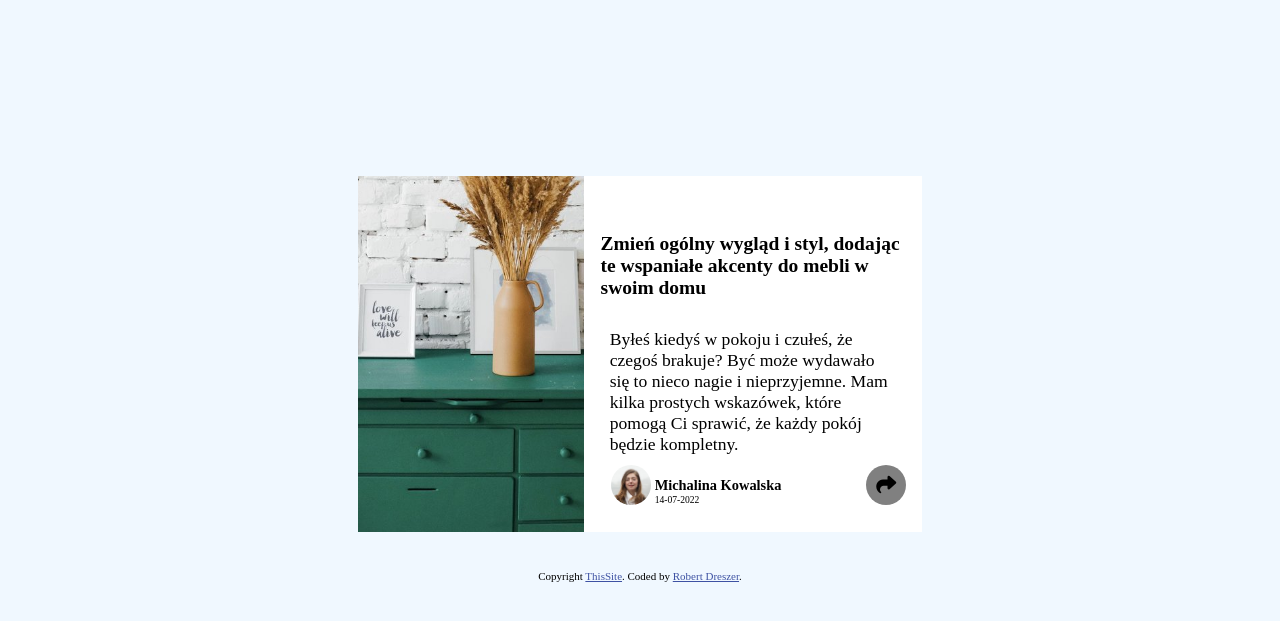
Repository: RobertDsr/komponent-podgl-du-produktu
Page: index.html
The author's editor kept a copy of each file at every save. The page is drawn from the files as they stood at one save, then again after a run of saves.
The browser window is 1280 px wide. The pictures show the whole page.
Some web libraries are served in a nearby version. The style sheet was rebuilt from its Sass, Less or Tailwind sources for each picture, by a compiler version that may differ from the author's.

Above is the page before, as saved 2022-07-14 14:17:42.

### index.html
<!DOCTYPE html>
<html lang="pl">

<head>
  <meta charset="UTF-8">
  <meta name="viewport" content="width=device-width, initial-scale=1.0">
  <!-- displays site properly based on user's device -->

  <link rel="icon" type="image/png" sizes="32x32" href="./images/favicon-32x32.png">

  <script src="https://kit.fontawesome.com/f1983936fd.js" crossorigin="anonymous"></script>

  <title>Article preview component</title>

  <link rel="stylesheet" href="./design/css/main.min.css">
</head>

<body>

  <div class="wrapper">
    <div class="columns">
      <div class="columnLeft"></div>
      <div class="columnRight">
        <section class="articleDescription">
          <h1 class="Title">Zmień ogólny wygląd i styl, dodając te wspaniałe akcenty do mebli w swoim domu</h1>
          <p>Byłeś kiedyś w pokoju i czułeś, że czegoś brakuje? Być może wydawało się to nieco nagie i nieprzyjemne. Mam
            kilka prostych wskazówek, które pomogą Ci sprawić, że każdy pokój będzie kompletny.</p>
          <div class="author">
            <img src="./images/avatar-michelle.jpg" alt="Michelle" class="imgAuthor">
            <div class="divAuthorName">
              <h2 class="authorName">Michalina Kowalska</h2>
              <time datetime="2022-07-14">14-07-2022</time>
            </div>
            <div class="socialMedia">
              <i class="fa-solid fa-share"></i>
              <div class="popup">
                <div class="mediaWrapper">
                  <h3>share</h3>
                  <img class="img1" src="./images/icon-facebook.svg" alt="ikona facebooka">
                  <img class="img2" src="./images/icon-twitter.svg" alt="ikona twittera">
                  <img class="img3" src="./images/icon-pinterest.svg" alt="ikona pinteresta">
                </div>
              </div>
            </div>
          </div>
        </section>
      </div>
    </div>
    <footer>
      <div class="attribution">
        Copyright <a href="https://robertdreszer.pl/" target="_blank">ThisSite</a>.
        Coded by <a href="https://robertdreszer.pl/">Robert Dreszer</a>.
      </div>
    </footer>
  </div>
</body>

</html>

### design/scss/main.scss
* {
    box-sizing: border-box;
    margin: 0;
    padding: 0;
}

body {
    font-size: 13px;
    --Very-Dark-Grayish-Blue: hsl(217, 19%, 35%);
    --Desaturated-Dark-Blue: hsl(214, 17%, 51%);
    --Grayish-Blue: hsl(212, 23%, 69%);
    --Light-Grayish-Blue: hsl(210, 46%, 95%);
}


.wrapper {
    align-items: center;
    background-color: aliceblue;
    display: flex;
    flex-direction: column;
    justify-content: center;
    min-height: 100vh;
    min-width: 100vw;
    max-width: 1440px;
    overflow: hidden;
}

.columns {
    display: flex;
    padding: 3%;
    // justify-content: space-around;
    width: 50%;
}

.columnLeft {
    background: url(../../images/drawers.jpg) center/cover;
    width: 40%;
}

.columnRight {
    background-color: #fff;
    padding: 10% 3% 3%;
    width: 60%;
}

.title {
    font-size: 1.45rem;
}

.articleDescription p {
    font-size: 1.1rem;
    padding: 10% 3% 0;
}

.author {
    display: grid;
    grid-template-columns: 14% 76% 10%;
    padding: 10px;
    align-items: flex-end;
}

.imgAuthor {
    width: 40px;
    height: 40px;
    border-radius: 50%;
}

.divAuthorName {
    font-size: 0.6rem;
    padding-left: 2%;
}

.socialMedia {
    display: flex;
    background-color: gray;
    border-radius: 50%;
    width: 40px;
    height: 40px;
    justify-content: center;
    align-items: center;
}

.fa-share {
    font-size: 20px;
    margin: 0 auto;
}

.popup {
    display: none;
}
.attribution { font-size: 11px; text-align: center; }
.attribution a { color: hsl(228, 45%, 44%); }

After the next 2 saves:
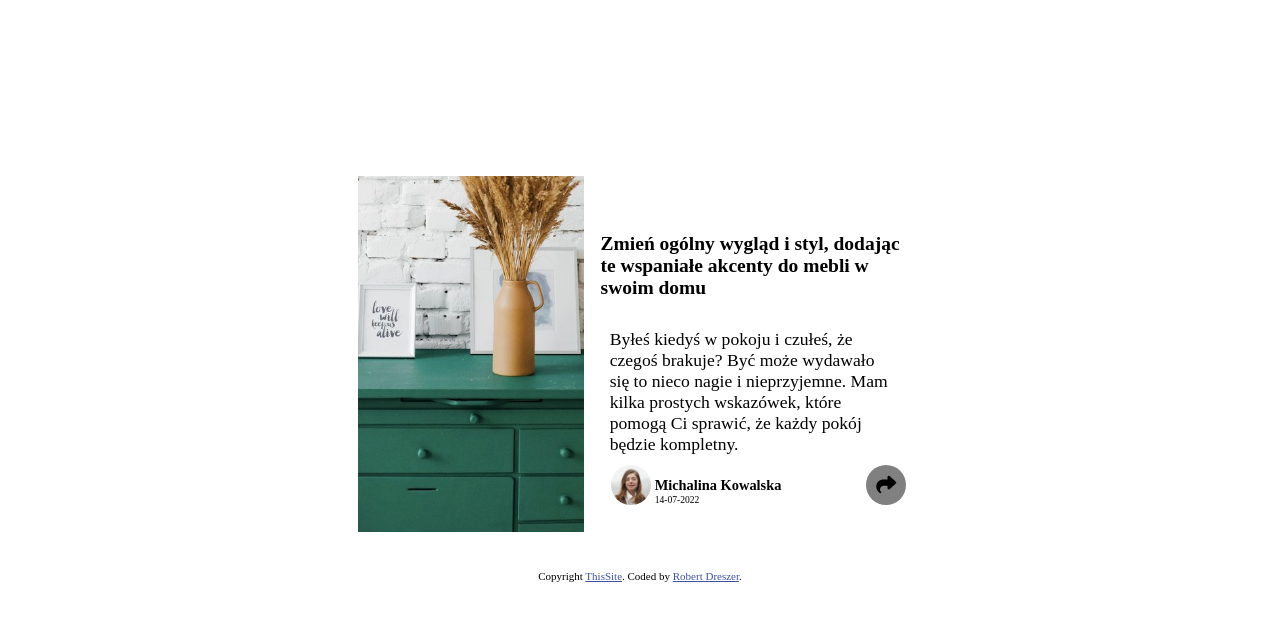
The 2 saves are shown as one change because they came seconds apart.
The last was saved 8 min 0 s later.
--- a/design/scss/main.scss
+++ b/design/scss/main.scss
@@ -15,7 +15,7 @@ body {
 
 .wrapper {
     align-items: center;
-    background-color: aliceblue;
+    background-color: var();
     display: flex;
     flex-direction: column;
     justify-content: center;
